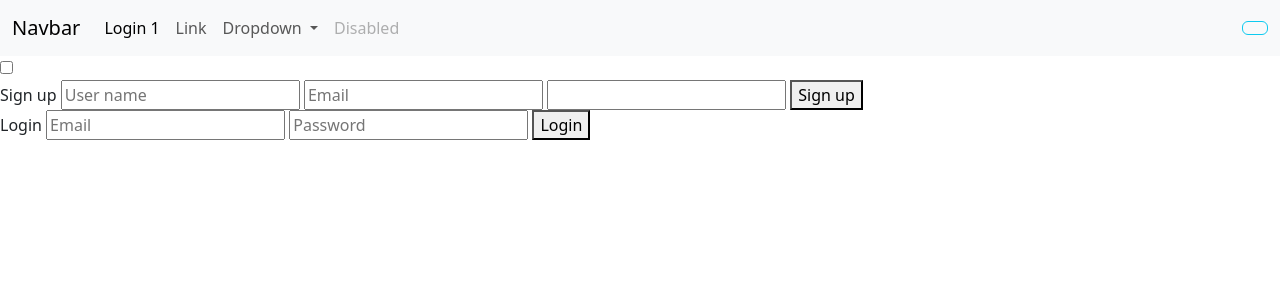
Repository: VictoriousMango/IBM-AI-Track
Page: http://localhost/Login1
These files come from the project's save history. The page is drawn as it stood at one moment and after the next save; the edit follows.
The browser window is 1280 px wide. The pictures show the whole page.
The page is served by the project's application, run on Flask 3 (app.py).

Above is the page before, as saved 2023-07-26 20:47:04.

After the next save:
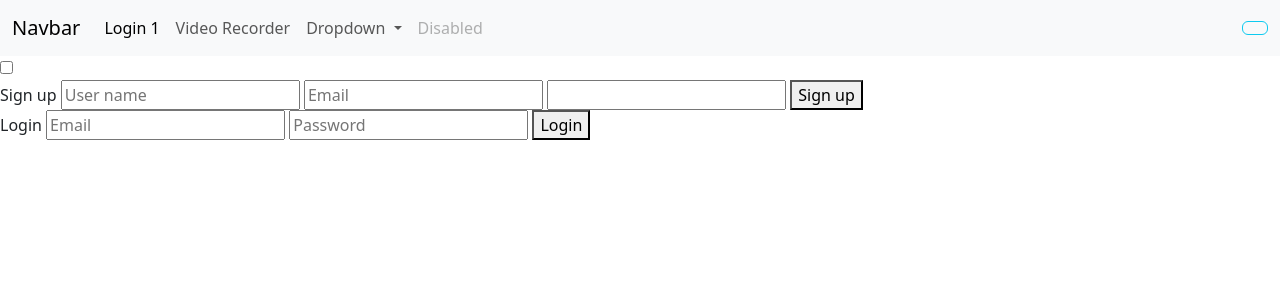
Saved 15 s later.
--- a/templates/base.html
+++ b/templates/base.html
@@ -20,7 +20,7 @@
                 <a class="nav-link active" aria-current="page" href="/Login1">Login 1</a>
               </li>
               <li class="nav-item">
-                <a class="nav-link" href="/video">Link</a>
+                <a class="nav-link" href="/video">Video Recorder</a>
               </li>
               <li class="nav-item dropdown">
                 <a class="nav-link dropdown-toggle" href="#" role="button" data-bs-toggle="dropdown" aria-expanded="false">
